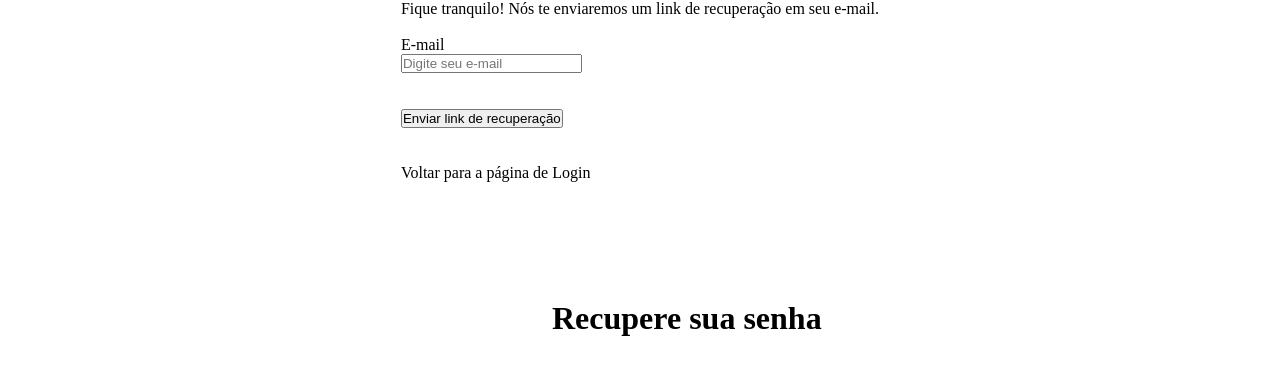
Repository: RenatoCCS/formularios
Page: senha.html
These files come from the project's save history. The page is drawn as it stood at one moment and after the next save; the edit follows.
The browser window is 1280 px wide. The pictures show the whole page.

Above is the page before, as saved 2023-03-27 20:37:45.

After the next save:
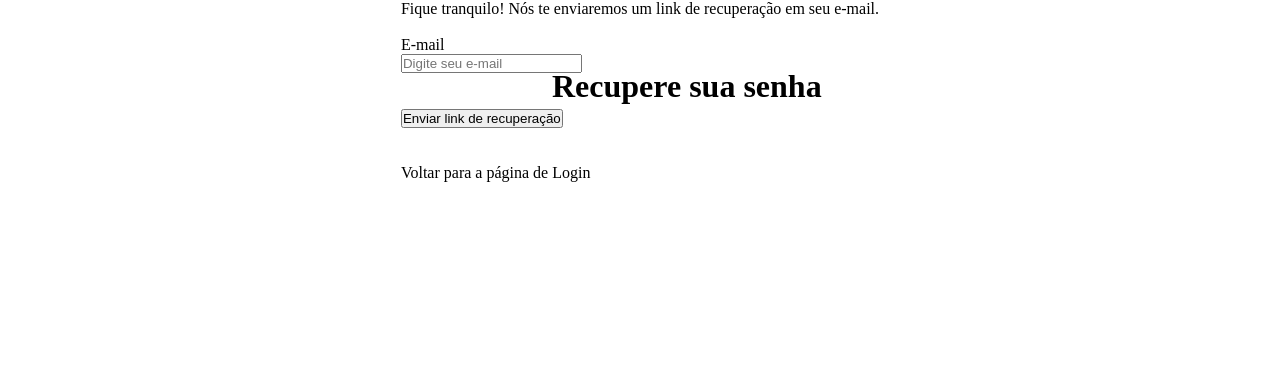
Saved 14 s later.
--- a/style.css
+++ b/style.css
@@ -768,6 +768,6 @@
   position: absolute;
   width: 337px;
   height: 43px;
-  top: 300px;
+  top: 68px;
   left: 552px;
 }
